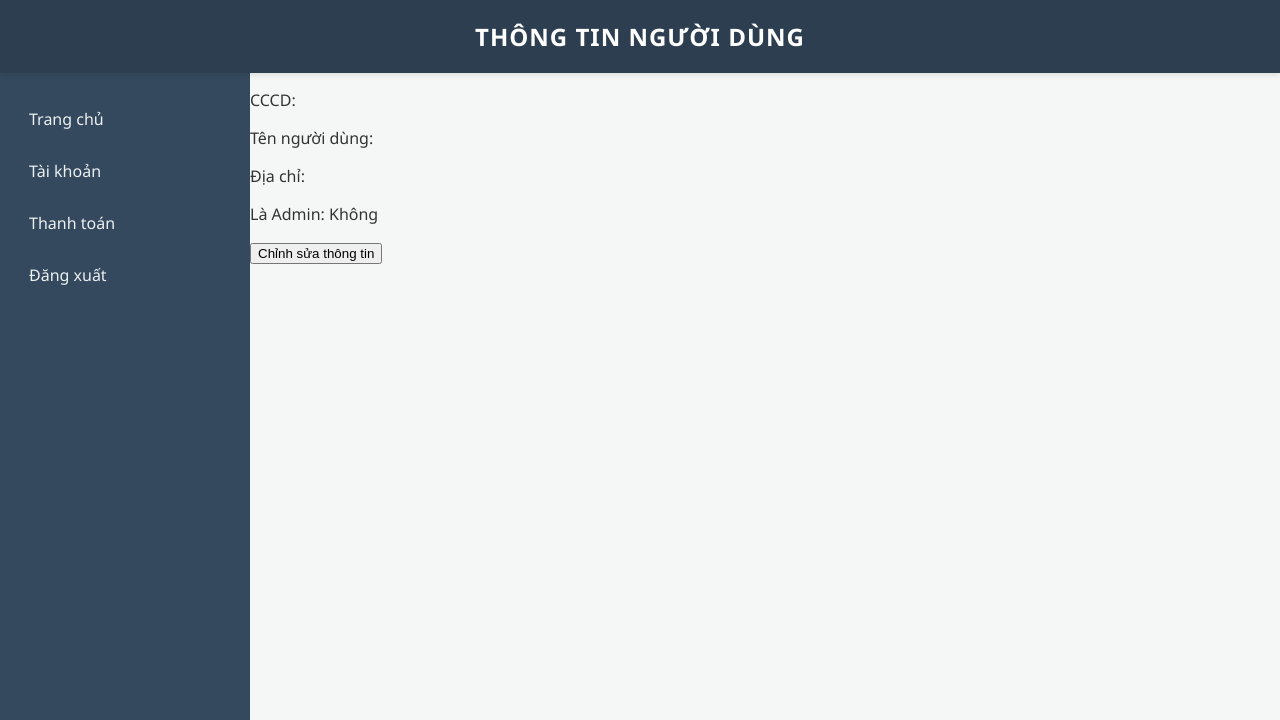
Repository: Chien02/SOAProjects
Page: http://localhost/QuanLyHangHoaWebClient/userInfo.jsp
An editor plug-in stored every save of this project. The page is shown before and after the next save, followed by the edit.
The browser window is 1280 px wide. The pictures show the whole page.
The page is served by Tomcat 9. Nobody is signed in. The application's start-up code is not run. Other server files are loaded and not shown. The template is opened directly, without the code that normally fills it, so the values that code supplies are empty.

Above is the page before, as saved 2026-03-23 18:24:29.

### QuanLyHangHoaWebClient/WebContent/userInfo.jsp
<%@ page language="java" contentType="text/html; charset=UTF-8" pageEncoding="UTF-8"%>
<%@ taglib prefix="c" uri="http://java.sun.com/jsp/jstl/core" %>

<!DOCTYPE html>
<html>
<head>
	<meta charset="UTF-8">
	<title>KHO HANG HOA</title>
	<link rel="stylesheet" href="styles/styles.css">
</head>
<body>
	<h2>THÔNG TIN NGƯỜI DÙNG</h2>
	<aside>
		<a href="dashboard.jsp">Trang chủ</a>
		<a href="#">Tài khoản</a>
		<a href="invoice?action=payment">Thanh toán</a>
		<a href="customer?action=logout">Đăng xuất</a>
		<c:if test="${khachHang != null && khachHang.laAdmin}">
			<a href="hanghoa?action=inventory">Kho Hàng</a>
		</c:if>
	</aside>
	<main>
		<p style="color: red;">${errorMsg}</p>
		<p style="color: green;">${successMsg}</p>
		<div>
			<p>CCCD: ${khachHang.cccd}</p>
			<p>Tên người dùng: ${khachHang.hoTen}</p>
			<p>Địa chỉ: ${khachHang.diaChi}</p>
			<p>Là Admin: ${khachHang.laAdmin ? 'Có' : 'Không'}</p> </div>
		<button id="updateBtn">Chỉnh sửa thông tin</button>

		<div id="updateModal" class="modal" style="display: none;">
			<div class="modal-content">
				<span class="close-btn" id="closeModal" style="cursor:pointer; float:right;">&times;</span>
				<h3>Cập nhật thông tin</h3>
				<form action="customer" method="POST">
					<input type="hidden" name="action" value="capNhat">

					<label>CCCD: </label>
					<input type="text" name="cccd" placeholder="Nhập cccd mới" value="${khachHang.cccd}" readonly required>
					<br><br>
					<label>Họ và tên:</label>
					<input name="hoTen" type="text" placeholder="Nhập họ tên mới" value="${khachHang.hoTen}" required>
					<br><br>
					<label>Địa chỉ: </label>
					<input type="text" name="diaChi" placeholder="Nhập địa chỉ mới" value="${khachHang.diaChi}" required>
					<br><br>
					<button type="submit">Cập nhật</button>
				</form>
			</div>
		</div>
	</main>

	<script>
		const updateBtn = document.getElementById("updateBtn");
		const closeBtn = document.getElementById("closeModal");
		const updateModal = document.getElementById("updateModal");

		updateBtn.addEventListener('click', () => { updateModal.style.display = 'block'; });
		closeBtn.addEventListener('click', () => { updateModal.style.display = 'none'; });

		// Đóng modal khi click ra ngoài vùng mờ
		window.addEventListener('click', (event) => {
			if (event.target === updateModal) {
				updateModal.style.display = 'none';
			}
		});
	</script>
</body>
</html>

### QuanLyHangHoaWebClient/WebContent/styles/styles.css
/* =========================================
   1. BỐ CỤC CHUNG (GRID)
   ========================================= */
body {
    margin: 0;
    padding: 0;
    font-family: 'Segoe UI', Tahoma, Geneva, Verdana, sans-serif;
    background-color: #f4f7f6;
    color: #333;
    display: grid;
    grid-template-columns: 250px 1fr;
    grid-template-rows: auto 1fr;
    min-height: 100vh;
}

h2 {
    grid-column: 1 / 3;
    background-color: #2c3e50;
    color: #ffffff;
    margin: 0;
    padding: 20px;
    text-align: center;
    letter-spacing: 1px;
    box-shadow: 0 2px 5px rgba(0,0,0,0.1);
    z-index: 10;
}

/* =========================================
   2. FIX LỖI SIDEBAR (ASIDE)
   ========================================= */
aside {
    background-color: #34495e; /* Màu nền tối giống trong ảnh của bạn */
    display: flex;
    flex-direction: column;
    padding-top: 20px;
}

aside a {
    display: block; /* Bắt buộc để thẻ a chiếm hết chiều ngang */
    width: 100%;
    box-sizing: border-box;
    color: #ecf0f1;
    text-decoration: none;
    padding: 15px 25px;
    font-size: 16px;
    text-align: left; /* FIX: Ép tất cả chữ canh sát lề trái, không bị lởm chởm */
    border-left: 4px solid transparent;
    transition: all 0.3s ease;
}

aside a:hover,
aside a.active { /* Class active để bôi đậm trang hiện tại giống chữ "Trang chủ" trong ảnh */
    background-color: #2c3e50;
    border-left: 4px solid #3498db;
    padding-left: 30px; /* Hiệu ứng thụt nhẹ vào khi trỏ chuột */
}

After the next save:
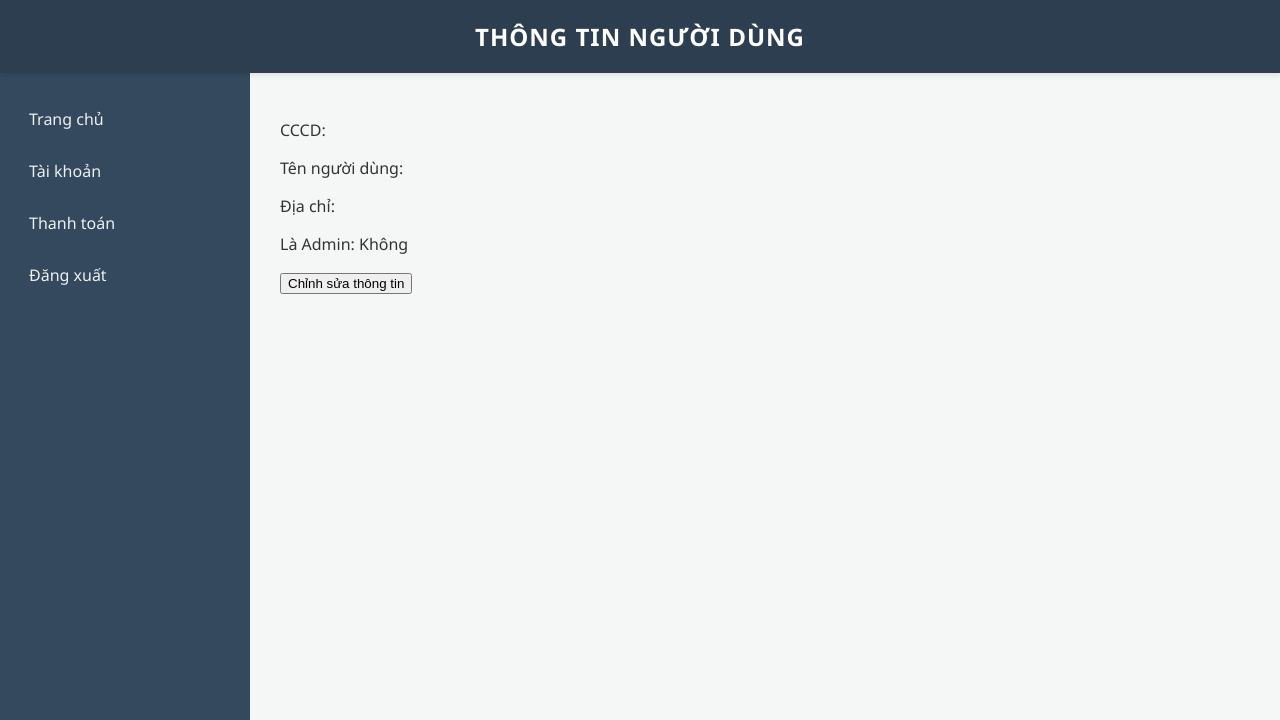
Saved 12 s later.
--- a/QuanLyHangHoaWebClient/WebContent/styles/styles.css
+++ b/QuanLyHangHoaWebClient/WebContent/styles/styles.css
@@ -1,5 +1,5 @@
 /* =========================================
-   1. BỐ CỤC CHUNG (GRID)
+   1. BỐ CỤC CHUNG (GRID) - DÙNG CHUNG CHO MỌI TRANG
    ========================================= */
 body {
     margin: 0;
@@ -13,9 +13,10 @@ body {
     min-height: 100vh;
 }
 
-h2 {
+/* Chỉ nhắm vào thẻ h2 nằm ngoài cùng (Header tổng) */
+body > h2 {
     grid-column: 1 / 3;
-    background-color: #2c3e50;
+    background-color: #2c3e50; /* Xanh đen */
     color: #ffffff;
     margin: 0;
     padding: 20px;
@@ -26,31 +27,141 @@ h2 {
 }
 
 /* =========================================
-   2. FIX LỖI SIDEBAR (ASIDE)
+   2. TRÌNH ĐƠN BÊN TRÁI (ASIDE)
    ========================================= */
 aside {
-    background-color: #34495e; /* Màu nền tối giống trong ảnh của bạn */
+    background-color: #34495e;
     display: flex;
     flex-direction: column;
     padding-top: 20px;
 }
 
 aside a {
-    display: block; /* Bắt buộc để thẻ a chiếm hết chiều ngang */
+    display: block;
     width: 100%;
     box-sizing: border-box;
     color: #ecf0f1;
     text-decoration: none;
     padding: 15px 25px;
     font-size: 16px;
-    text-align: left; /* FIX: Ép tất cả chữ canh sát lề trái, không bị lởm chởm */
+    text-align: left;
     border-left: 4px solid transparent;
     transition: all 0.3s ease;
 }
 
 aside a:hover,
-aside a.active { /* Class active để bôi đậm trang hiện tại giống chữ "Trang chủ" trong ảnh */
+aside a.active {
     background-color: #2c3e50;
     border-left: 4px solid #3498db;
-    padding-left: 30px; /* Hiệu ứng thụt nhẹ vào khi trỏ chuột */
+    padding-left: 30px;
 }
+
+/* =========================================
+   3. KHU VỰC NỘI DUNG CHÍNH (MAIN)
+   ========================================= */
+main {
+    padding: 30px;
+    background-color: #f4f7f6;
+}
+
+/* Header của từng phần nội dung bên trong */
+.section-header {
+    display: flex;
+    justify-content: space-between;
+    align-items: center;
+    border-bottom: 2px solid #ddd;
+    margin-bottom: 25px;
+    padding-bottom: 10px;
+}
+
+/* Trả lại style bình thường cho h2 bên trong main */
+main h2.section-title {
+    margin: 0;
+    color: #2c3e50;
+    background-color: transparent;
+    padding: 0;
+    box-shadow: none;
+    text-align: left;
+}
+
+.goods-count {
+    color: #7f8c8d;
+    font-style: italic;
+}
+
+/* =========================================
+   4. DANH SÁCH HÀNG HOÁ (GRID SẢN PHẨM)
+   ========================================= */
+.goods-grid {
+    display: grid;
+    grid-template-columns: repeat(auto-fill, minmax(220px, 1fr));
+    gap: 25px;
+}
+
+.goods-card {
+    background: #ffffff;
+    border-radius: 8px;
+    overflow: hidden;
+    box-shadow: 0 4px 8px rgba(0,0,0,0.08);
+    display: flex;
+    flex-direction: column;
+    transition: transform 0.2s, box-shadow 0.2s;
+}
+
+.goods-card:hover {
+    transform: translateY(-5px);
+    box-shadow: 0 8px 15px rgba(0,0,0,0.15);
+}
+
+.goods-thumbnail {
+    height: 160px;
+    width: 100%;
+    background-color: #bdc3c7;
+    border-bottom: 1px solid #eee;
+}
+
+.goods-info {
+    padding: 15px;
+    display: flex;
+    flex-direction: column;
+    gap: 8px;
+    flex-grow: 1;
+}
+
+.goods-title {
+    margin: 0;
+    font-size: 18px;
+    color: #2c3e50;
+    font-weight: bold;
+}
+
+.goods-producer {
+    color: #7f8c8d;
+    font-size: 14px;
+}
+
+/* Đổi tên từ game-price thành item-price */
+.item-price {
+    color: #e74c3c;
+    font-weight: bold;
+    font-size: 16px;
+    margin-top: auto;
+}
+
+/* Đổi tên từ btn-rent thành btn-detail */
+.btn-detail {
+    display: block;
+    text-align: center;
+    background-color: #3498db;
+    color: white;
+    padding: 10px;
+    border-radius: 4px;
+    text-decoration: none;
+    font-weight: bold;
+    margin-top: 10px;
+    transition: background 0.3s;
+}
+
+.btn-detail:hover {
+    background-color: #2980b9;
+}
